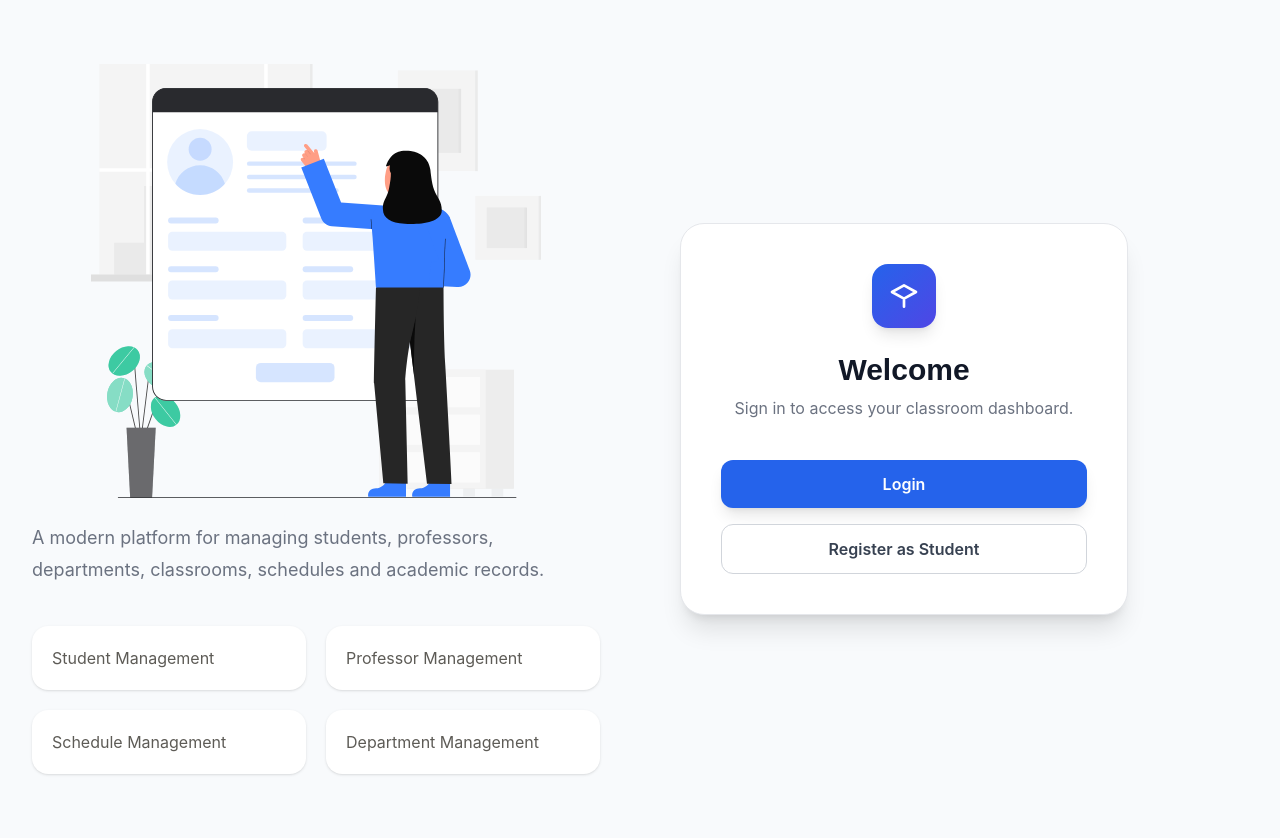
Repository: Chocovcandy/Classroom_Management_System
Page: http://localhost/Login_page
The author's editor kept a copy of each file at every save. The page is drawn from the files as they stood at one save, then again after the next save.
The browser window is 1280 px wide. The pictures show the whole page.
Some web libraries are served in a nearby version. The page is served by the project's Laravel application, run on PHP 8.4 with Laravel 12. Other server files are loaded and not shown.

Above is the page before, as saved 2026-08-12 11:05:33.

### routes/web.php
<?php

use App\Http\Controllers\ProfileController;
use App\Http\Controllers\RoleSelectController;
use Illuminate\Support\Facades\Route;
use App\Http\Controllers\Admin\DepartmentController;
use App\Http\Controllers\Admin\UserController;

//public routes
Route::get('/', function () {
    return view('welcome');
})->name('welcome');

Route::get('/Login_page', function () {
    return view('Login_page');
})->name('Login_page');


// Authentication routes (login, register, etc.) are provided by Breeze
Route::middleware(['auth'])->group(function () {

    // Role selection (after login)
    Route::get('/role/select', [RoleSelectController::class, 'show'])
        ->name('role.select');

    Route::post('/role/select', [RoleSelectController::class, 'store'])
        ->name('role.select.store');

    // Profile (any logged-in user)
    Route::controller(ProfileController::class)->group(function () {
        Route::get('/profile', 'edit')->name('profile.edit');
        Route::patch('/profile', 'update')->name('profile.update');
        Route::delete('/profile', 'destroy')->name('profile.destroy');
    });

    // Admin routes
    Route::prefix('admin')
        ->name('admin.')
        ->middleware(['role:Admin'])
        ->group(function () {

            Route::view('/dashboard', 'admin.dashboard')
                ->name('dashboard');

            Route::resource('users', UserController::class);
            Route::resource('departments', DepartmentController::class);
        });

 // Dean rputes
    Route::prefix('dean')
        ->name('dean.')
        ->middleware(['role:Dean'])
        ->group(function () {
            Route::view('/dashboard', 'dean.dashboard')
                ->name('dashboard');
        });

    //HoD routes
    Route::prefix('hod')
        ->name('hod.')
        ->middleware(['role:HoD'])
        ->group(function () {
            Route::view('/dashboard', 'hod.dashboard')
                ->name('dashboard');
        });

    // Professor routes
    Route::prefix('professor')
        ->name('professor.')
        ->middleware(['role:Professor'])
        ->group(function () {
            Route::view('/dashboard', 'professor.dashboard')
                ->name('dashboard');
        });

    // Student routes
    Route::prefix('student')
        ->name('student.')
        ->middleware(['role:Student'])
        ->group(function () {
            Route::view('/dashboard', 'student.dashboard')
                ->name('dashboard');
        });


});

require __DIR__.'/auth.php';

### public/assets/css/welcome_style.css
/*=============== GOOGLE FONTS ===============*/
@import url("https://fonts.googleapis.com/css2?family=Poppins:wght@400;600;700&display=swap");
/*=============== VARIABLES CSS ===============*/
:root {
    --header-height: 3rem;
    /*========== Colors ==========*/
    --hue: 45;
    --sat: 98%;
    --first-color: hsl(var(--hue), var(--sat), 60%);
    --first-color-light: hsl(var(--hue), var(--sat), 85%);
    --first-color-lighten: hsl(var(--hue), var(--sat), 80%);
    --first-color-alt: hsl(var(--hue), var(--sat), 53%);
    --title-color: hsl(var(--hue), 4%, 15%);
    --text-color: hsl(var(--hue), 4%, 35%);
    --text-color-light: hsl(var(--hue), 4%, 65%);
    --body-color: hsl(var(--hue), 0%, 100%);
    --container-color: #fff;
    --scroll-bar-color: hsl(var(--hue), 4%, 85%);
    --scroll-thumb-color: hsl(var(--hue), 4%, 75%);
    /*========== Font and typography ==========*/
    --body-font: "Poppins", sans-serif;
    --biggest-font-size: 2rem;
    --h2-font-size: 1.25rem;
    --h3-font-size: 1.2rem;
    --normal-font-size: 0.938rem;
    --small-font-size: 0.813rem;
    --smaller-font-size: 0.75rem;
    /*========== Font weight ==========*/
    --font-semi-bold: 600;
    --font-bold: 700;
    /*========== Margenes ==========*/
    --mb-0-5: 0.5rem;
    --mb-0-75: 0.75rem;
    --mb-1: 1rem;
    --mb-1-5: 1.5rem;
    --mb-2: 2rem;
    /*========== z index ==========*/
    --z-tooltip: 10;
    --z-fixed: 100;
}

@media screen and (min-width: 968px) {
    :root {
        --biggest-font-size: 3rem;
        --h2-font-size: 1.75rem;
        --h3-font-size: 1.25rem;
        --normal-font-size: 1rem;
        --small-font-size: 0.875rem;
        --smaller-font-size: 0.813rem;
    }
}
/*=============== BASE ===============*/
*,
::before,
::after {
    box-sizing: border-box;
    padding: 0;
    margin: 0;
}

html {
    scroll-behavior: smooth;
    scroll-padding-top: 6rem;
}

body {
    margin: var(--header-height) 0 0 0;
    font-size: var(--normal-font-size);
    background: #f5f7fb;
    color: var(--text-color);
    transition: 0.5s;
    font-family: "Inter", sans-serif;
}

h1,
h2,
h3 {
    font-family: "Plus Jakarta Sans", sans-serif;
    color: var(--title-color);
    line-height: 1.5;
}

ul {
    list-style: none;
}

a {
    text-decoration: none;
}
section {
    scroll-margin-top: -70px;
}

.container {
    width: 70%;
    max-width: 1200px;
    margin: 0 auto;
    padding: 0 70px;
    box-sizing: border-box;
}
/*========== Button Dark/Light ==========*/
.change-theme {
    position: absolute;
    right: 1.5rem;
    top: 2.2rem;
    color: var(--title-color);
    font-size: 1.8rem;
    cursor: pointer;
}

.dark-theme .footer {
    background-color: var(--container-color);
}

/*=============== REUSABLE CSS CLASSES ===============*/
.section {
    padding: 4.5rem 0 1rem;
}

.section__title,
.section__title-center {
    font-size: var(--h2-font-size);
    color: var(--title-color);
    text-align: center;
    margin-bottom: var(--mb-1);
}

.svg__img {
    width: 300px;
    justify-self: center;
}

/*=============== LAYOUT ===============*/
.container {
    max-width: 1600px;
    margin-left: auto;
    margin-right: auto;
    /* background-color: red; */
}

.grid {
    display: grid;
    gap: 4.5rem;
}

/*=============== HEADER ===============*/
.header {
    position: fixed;
    top: 25px;
    left: 0;
    width: 100%;
    z-index: 1000;
    background: transparent;
}

/*=============== NAV ===============*/
.nav {
    max-width: 1300px;
    margin: 10px;
    height: 60px;
    display: flex;
    justify-content: space-between;
    align-items: center;

    padding: 0 20px;

    background: rgba(255, 255, 255, 0.85);
    backdrop-filter: blur(20px);
    -webkit-backdrop-filter: blur(20px);

    border-radius: 40px;

    box-shadow: 0 10px 30px rgba(0, 0, 0, 0.08);

    border: 1px solid rgba(255, 255, 255, 0.5);

    position: fixed;
    top: 0px;
    left: 50%;
    transform: translateX(-50%);
    z-index: 1000;
}
.LU_logo {
    width: 220px;
    margin-left: 22px;
}
.nav__menu {
    flex: 1;
    display: flex;
    justify-content: center;
}
.nav__list {
    display: flex;
    /* gap:18px; */
    list-style: none;
}

.nav__link {
    padding: 10px 18px;
    border-radius: 30px;

    text-decoration: none;
    color: #555;

    font-weight: 600;

    transition: 0.3s;
}
.nav__link:hover {
    background: hsl(219, 77%, 62%);
    color: #f3f4f6;
}

.active-link {
    background: hsl(219, 77%, 62%);
    color: #f3f4f6;
}
.nav__actions {
    display: flex;
    align-items: center;
}
#getStarted {
    padding: 12px 24px;
    border-radius: 40px;
    background: var(--first-color);
    color: #fff;
    text-decoration: none;
    font-weight: 600;
    transition: 0.3s;
}

#getStarted:hover {
    transform: translateY(-2px);
    box-shadow: 0 10px 20px rgba(0, 0, 0, 0.15);
}

/*=============== SVG Image ===============*/
.img_svg1 svg {
    width: 100%;
    max-width: 500px;
    /* margin-left: 55px; */
}

.img_svg2 svg {
    width: 100%;
    max-width: 480px;
    margin-left: 50px;
}
.img_svg3 svg {
    width: 100%;
    display: block;
    max-width: 200px;
    margin-left: 20px;
    margin: 0 auto 0px;
}
.img_svg4 svg {
    margin-top: 80px;
    display: block;
    width: 100%;
    max-width: 235px;
    margin: 0 auto 0px;
}
.img_svg5 svg {
    display: block;
    /* width: 100%; */
    max-width: 180px;
    padding-top: 20px;
    padding-bottom: 20px;
    margin: 0 auto 0px;
}
.img_svg6 svg {
    display: block;
    /* width: 100%; */
    max-width: 210px;
    padding-top: 20px;
    padding-bottom: 20px;
    margin: 0 auto 0px;
}
.img_svg7 svg {
    display: block;
    width: 100%;
    max-width: 180px;
    margin: 0 auto 0px;
}
.img_svg8 svg {
    display: block;
    width: 100%;
    max-width: 450px;
    margin: 0 auto 0px;
}
.image_01 img {
    width: 100%;
    max-width: 180px;
    height: 180px;
    object-fit: cover;
    border-radius: 50%;
    display: block;
    margin: 0 auto;
}
.image_02 img {
    width: 100%;
    max-width: 180px;
    height: 180px;
    object-fit: cover;
    border-radius: 50%;
    display: block;
    margin: 0 auto;
}
.img_svg1 {
    display: flex;
    justify-content: center;
    position: relative;
}

.img_svg1 svg {
    width: 100%;
    max-width: 560px;
    animation: float 5s ease-in-out infinite;
}

/*================ HOME =================*/
.home {
    position: relative;
    min-height: 85vh;
    padding-top: 110px;
    line-height: 1.1;
    display: flex;
    align-items: center;

    overflow: hidden;
}

.home__container {
    display: grid;
    grid-template-columns: 1.05fr 0.95fr;
    align-items: center;
    gap: 50px;
}

.home__data {
    max-width: 700px;
}

.home__title {
    max-width: 800px;
    margin-bottom: 1.5rem;

    font-size: clamp(2.5rem, 4vw, 4rem);
    font-weight: 600;
    line-height: 1.08;
    letter-spacing: -2px;

    color: #1f2937;
}

.home__description {
    max-width: 550px;
    margin-bottom: 2.5rem;

    font-size: 1.1rem;
    line-height: 1.8;

    color: #6b7280;
}

.home__buttons {
    display: flex;
    gap: 18px;
}

.home__visual {
    display: flex;
    justify-content: center;
    align-items: center;
}

.home__illustration {
    width: 100%;
    max-width: 520px;
}
.home__title span {
    color: #266bda;
}
.home__badge {
    display: inline-flex;
    align-items: center;
    gap: 9px;

    padding: 8px 15px;
    margin-bottom: 22px;

    border: 1px solid rgba(79, 70, 229, 0.18);
    border-radius: 999px;

    background: rgba(79, 70, 229, 0.06);

    color: #266bda;
    font-size: 12px;
    font-weight: 600;
    letter-spacing: 0.6px;

    box-shadow: 0 4px 15px rgba(79, 70, 229, 0.06);
}

.home__badge-dot {
    width: 7px;
    height: 7px;

    border-radius: 50%;
    background: #266bda;

    box-shadow: 0 0 0 4px rgba(79, 70, 229, 0.1);
}

#campuses {
    padding-top: 60px;
}

@keyframes float {
    0%,
    100% {
        transform: translateY(0);
    }

    50% {
        transform: translateY(-15px);
    }
}

#features {
    padding-top: 30px;
}

.features__title {
    text-align: center;
    font-size: 2.5rem;
    font-weight: 700;
    margin-bottom: 3.5rem;
    position: relative;
    margin-top: 40px;
}

.features__title::after {
    content: "";
    display: block;
    width: 50px;
    height: 7px;
    margin: 12px auto 0;
    border-radius: 10px;
    background: hsl(219, 77%, 62%);
}

.services__container--two {
    width: 100% !important;
    max-width: 2000px !important;
    margin: 0 auto !important;

    display: grid !important;
    grid-template-columns: repeat(2, minmax(0, 1fr)) !important;
    gap: 2.5rem !important;
}

.services__container--two .card__container {
    width: 100% !important;
    max-width: none !important;
}
section.services.section.container {
  margin-top: 30px;
}

#feature {
    padding-top: 200px;
}

#services__description {
    margin-top: 20px;
}

#services {
    margin-top: 210px;
}

/*=============== BUTTONS ===============*/
.button {
    display: inline-flex;
    align-items: center;
    justify-content: center;

    background: hsl(219, 77%, 62%);
    color: #fff;

    padding: 0.75rem 1.6rem;
    border: 2px solid transparent;
    border-radius: 2rem;

    font-weight: 600;
    text-decoration: none;

    box-shadow: 0 5px 15px hsla(219, 77%, 62%, 0.25);

    transition: all 0.3s ease;
}

.button:hover {
    background: transparent;
    color: hsl(219, 77%, 62%);
    border-color: hsl(219, 77%, 62%);
    box-shadow: none;
    transform: translateY(-2px);
}

.button:active {
    transform: translateY(-1px);
}

.button__header {
    display: none;
}

.button-link {
    background: none;
    padding: 0;
    color: var(--title-color);
}

.button-link:hover {
    background-color: transparent;
}

.button-flex {
    display: inline-flex;
    align-items: center;
    column-gap: 0.25rem;
    padding: 0.75rem 1rem;
}

.button__icon {
    font-size: 1.5rem;
}

/*=============== ABOUT ===============*/
.about__container {
    gap: 2.5rem;
    padding-top: 60px;
}

.about__data {
    text-align: center;
    margin-top: 45px;
}
.about__description {
    font-size: 17px;
    line-height: 1.8;
}

/*=============== Annoucement ===============*/
.annoucement__container {
    gap: 2.5rem;
    padding-top: 140px;
}
.annoucement__description {
    font-size: 17px;
    line-height: 1.8;
}

.annoucement__data {
    text-align: center;
}

/*=============== SERVICES ===============*/
.card__container {
    display: grid;
    row-gap: 1rem;
    background-color: var(--container-color);
    box-shadow: 0px 2px 6px hsla(var(--hue), 100%, 15%, 0.15);
    padding: 2rem 1.5rem;
    border-radius: 1rem;
    text-align: center;
}
#services {
    padding-top: 45px;
}

.services__img {
    width: 135px;
    justify-self: center;
    margin-bottom: var(--mb-0-5);
}
.contact__card {
    background: #fff;
    border-radius: 20px;
    overflow: hidden;
    box-shadow: 0 10px 30px rgba(0, 0, 0, 0.08);
    transition: 0.35s;
}

.contact__card:hover {
    transform: translateY(-8px);
    box-shadow: 0 18px 40px rgba(0, 0, 0, 0.12);
}

.contact__image {
    width: 100%;
    height: 200px;
    object-fit: cover;
}

.contact__badge {
    display: inline-block;
    margin: 1.25rem 1.5rem 0.5rem;
    padding: 0.35rem 0.8rem;
    border-radius: 30px;
    background: var(--first-color-light);
    color: var(--title-color);
    font-size: 0.8rem;
    font-weight: 600;
}

.contact__title {
    margin: 0 1.5rem;
    font-size: 1.3rem;
}

.contact__text {
    margin: 0.75rem 1.5rem;
    color: var(--text-color);
    line-height: 1.7;
}

.contact__info {
    margin: 1.25rem 1.5rem 2rem;
    display: grid;
    gap: 0.7rem;
    color: var(--text-color);
}

.contact.section.container {
    max-width: 1000px;
    /* margin: 0 auto; */
    /* margin: 0 auto; */
}

.contact__description {
    text-align: center;
    max-width: 650px;
    margin: 0 auto 20px;
    color: var(--text-color);
}
#contact {
    padding-top: 160px;
}

/*=============== CONTACT ===============*/

/* .contact__container  grid{
    display:grid;
    grid-template-columns:repeat(auto-fit,minmax(340px,1fr));
    gap:2rem;
    max-width:2800px;
    margin:auto;
}
.contact__description {
    text-align: center;
}

.contact__content {
    row-gap: 0.75rem;
}

.contact__address {
    font-size: var(--small-font-size);
    font-weight: var(--font-semi-bold);
    color: var(--title-color);
}

.contact__information {
    font-weight: initial;
    color: var(--text-color);
}
 */

/*=============== FOOTER ===============*/
.footer {
    background-color: var(--first-color-lighten);
    padding-bottom: 2rem;
}

.footer__container {
    row-gap: 2rem;
}

.footer__logo,
.footer__title {
    font-size: var(--h3-font-size);
    margin-bottom: var(--mb-0-75);
}

.footer__logo {
    display: inline-block;
    font-weight: var(--font-semi-bold);
    color: var(--title-color);
}

.footer__description,
.footer__link {
    font-size: var(--small-font-size);
}

.footer__links {
    display: grid;
    row-gap: 0.5rem;
}

.footer__link {
    color: var(--title-color);
}

.footer__social {
    display: flex;
    column-gap: 1.5rem;
}

.footer__social-link {
    font-size: 1.25rem;
    color: var(--title-color);
}

.footer__copy {
    margin-top: 6rem;
    text-align: center;
    font-size: var(--smaller-font-size);
    color: var(--text-color);
}

/*=============== SCROLL UP ===============*/
.scrollup {
    position: fixed;
    background: var(--first-color);
    right: 1rem;
    bottom: -20%;
    display: inline-flex;
    padding: 0.3rem;
    border-radius: 0.25rem;
    z-index: var(--z-tooltip);
    opacity: 0.8;
    transition: 0.4s;
}

.scrollup:hover {
    background-color: var(--first-color);
    opacity: 1;
}

.scrollup__icon {
    font-size: 1.25rem;
    color: var(--title-color);
}

/* Show Scroll Up*/
.show-scroll {
    bottom: 3rem;
}

/*=============== SCROLL BAR ===============*/
::-webkit-scrollbar {
    width: 0.6rem;
    border-radius: 0.5rem;
    background-color: var(--scroll-bar-color);
}

::-webkit-scrollbar-thumb {
    background-color: var(--scroll-thumb-color);
    border-radius: 0.5rem;
}

::-webkit-scrollbar-thumb:hover {
    background-color: var(--text-color-light);
}

/*=============== MEDIA QUERIES ===============*/

/* Small devices */
@media screen and (max-width: 360px) {
    .svg__img {
        width: 100%;
    }
    .section {
        padding: 3.5rem 0 1rem;
    }
    .services__img {
        width: 100px;
    }

    .app__buttons {
        grid-template-columns: max-content;
    }
    .contact__container {
        grid-template-columns: 1fr;
    }
}

/* Medium devices */
@media screen and (min-width: 576px) {
    .svg__img {
        width: 100%;
    }

    .section__title-center {
        text-align: center;
    }

    .home__container,
    .about__container,
    .annoucement__container,
    .services__container,
    .app__container,
    .footer__container {
        grid-template-columns: repeat(2, 1fr);
    }

    .home__img {
        order: 1;
    }

    .home__container,
    .about__container,
    .annoucement__container,
    .app__container {
        align-items: center;
    }

    .about__data,
    .annoucement__data,
    .app__data,
    .contact__description {
        text-align: center;
    }

    .about__img,
    .app__img {
        order: -1;
    }

    /* Contact Cards */
    .contact__container {
        grid-template-columns: repeat(2, 1fr);
    }
}

/* Tablet */
@media screen and (min-width: 767px) {
    body {
        margin: 0;
    }

    .section {
        padding: 6rem 0 2rem;
    }

    .nav {
        height: calc(var(--header-height) + 1.5rem);
    }

    .nav__list {
        flex-direction: row;
        column-gap: 2.5rem;
    }

    .nav__toggle {
        display: none;
    }

    .change-theme {
        position: initial;
    }

    .home__container {
        padding: 6rem 0 2rem;
    }

    .app__buttons {
        justify-content: initial;
    }
}

/* Large devices */
@media screen and (min-width: 968px) {
    .button__header {
        display: block;
    }

    .svg__img {
        width: 470px;
    }

    .about__container,
    .annoucement__container,
    .app__container {
        column-gap: 6rem;
    }

    .services__container {
        grid-template-columns: repeat(3, 1fr);
    }

    /* Contact Cards */
    .contact__container {
        grid-template-columns: repeat(3, 1fr);
    }

    .footer__container {
        grid-template-columns: repeat(5, 1fr);
    }

    .footer__social {
        align-items: flex-start;
    }

    .footer__social-link {
        font-size: 1.45rem;
    }
}

/* Desktop */
@media screen and (min-width: 1024px) {
    .container {
        margin-left: auto;
        margin-right: auto;
    }

    .home__img {
        width: 540px;
    }

    .home__description {
        padding-right: 5rem;
    }

    .footer__container {
        column-gap: 3rem;
    }

    .scrollup {
        right: 2rem;
    }
}

Loaded but not shown: routes/auth.php (common file); app/Http/Controllers/Auth/EmailVerificationPromptController.php (common file); app/Http/Controllers/Controller.php (common file); app/Http/Controllers/Auth/VerifyEmailController.php (common file); resources/views/components/icons/form.blade.php (142 lines, source omitted); resources/views/Login_page.blade.php (190 lines, source omitted); public/assets/css/login_style.css (no stored copy; drawn as an empty file)

After the next save:
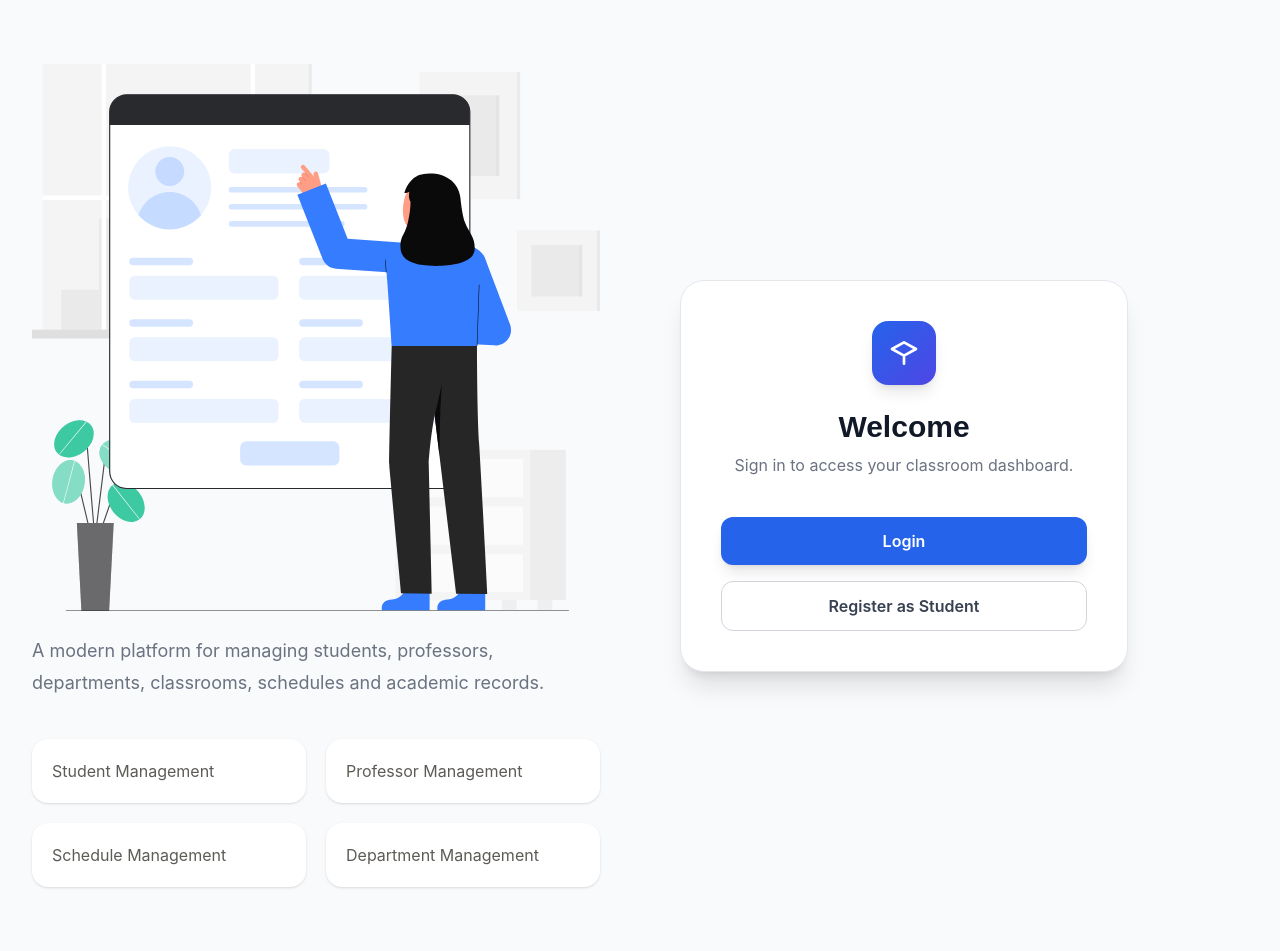
Saved 33 s later.
--- a/public/assets/css/welcome_style.css
+++ b/public/assets/css/welcome_style.css
@@ -282,12 +282,7 @@
     max-width: 180px;
     margin: 0 auto 0px;
 }
-.img_svg8 svg {
-    display: block;
-    width: 100%;
-    max-width: 450px;
-    margin: 0 auto 0px;
-}
+
 .image_01 img {
     width: 100%;
     max-width: 180px;
